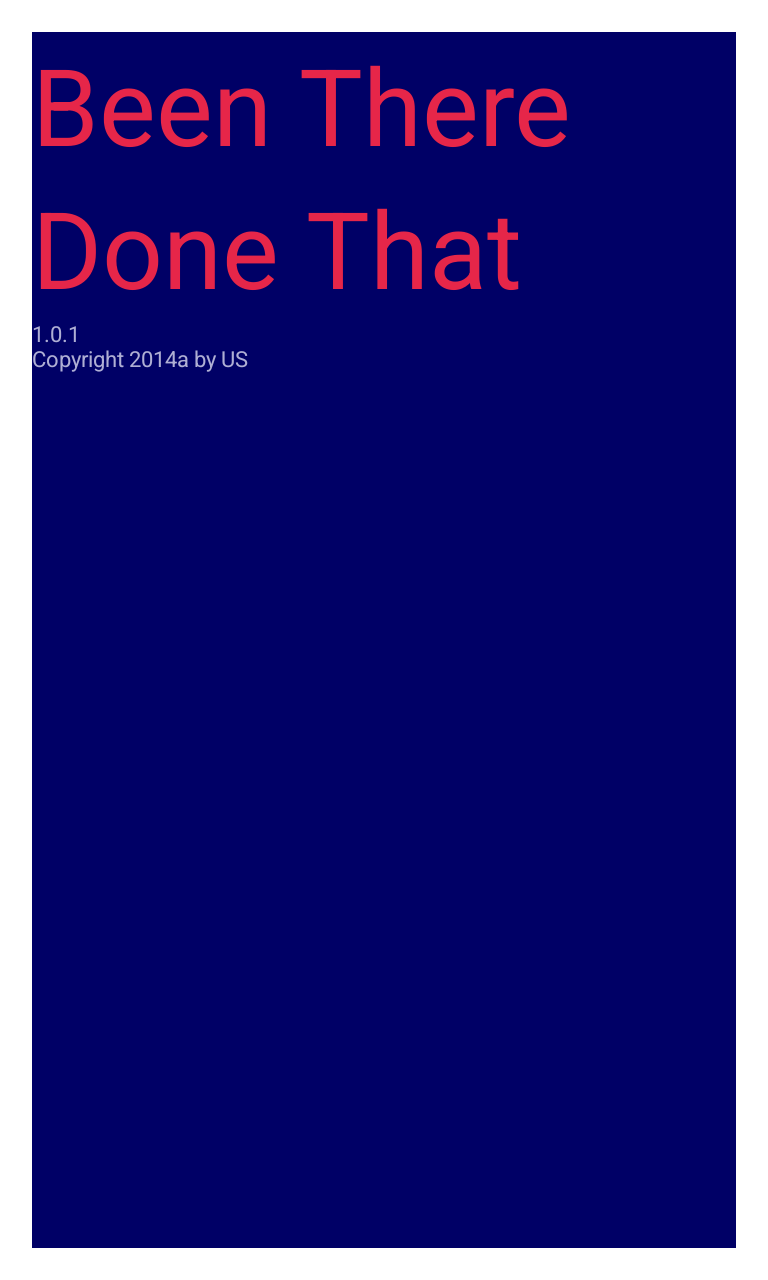
Repository: MapRantala/AndroidExamples
Layout: TriviaQuiz/res/layout/splash.xml
The author's editor kept a copy of each file at every save. The layout is drawn from the files as they stood at one save, then again after the next save.
It is drawn on a 768 x 1280 px phone screen (xhdpi) without system bars, with theme AppTheme; the app's code is not run.

Above is the layout before, as saved 2014-02-23 18:48:40.

### TriviaQuiz/res/layout/splash.xml
<RelativeLayout xmlns:android="http://schemas.android.com/apk/res/android"
    xmlns:tools="http://schemas.android.com/tools"
    android:layout_width="wrap_content"
    android:layout_height="wrap_content"
    android:paddingBottom="@dimen/activity_vertical_margin"
    android:paddingLeft="@dimen/activity_horizontal_margin"
    android:paddingRight="@dimen/activity_horizontal_margin"
    android:paddingTop="@dimen/activity_vertical_margin"
    tools:context=".QuizSplashActivity" >

    <LinearLayout
        android:id="@+id/splash_primarylayout"
        android:layout_width="match_parent"
        android:layout_height="match_parent"
        android:layout_alignParentLeft="true"
        android:layout_alignParentTop="true"
        android:background="@color/versionbackgroundcolor"
        android:orientation="vertical" >

        <TextView
            android:id="@+id/TextViewTopTitle"
            android:layout_width="match_parent"
            android:layout_height="wrap_content"
            android:text="@string/splash_top"
            android:textColor="@color/titlecolor"
            android:textSize="@dimen/splash_fontsize_title" />


        <TextView
            android:id="@+id/TextViewBottomTitle"
            android:layout_width="match_parent"
            android:layout_height="wrap_content"
            android:text="@string/splash_bottom"
            android:textColor="@color/titlecolor"
            android:textSize="@dimen/splash_fontsize_title"/>

        <TextView
            android:id="@+id/TextViewBottomVersion"
            android:layout_width="match_parent"
            android:layout_height="match_parent"
            android:background="@color/versionbackgroundcolor"
            android:text="@string/splash_version"
            android:textColor="@color/versiontextcolor"
            android:textSize="@dimen/splash_fontsize_body" />

    </LinearLayout>

</RelativeLayout>

### TriviaQuiz/res/values/dimens.xml
<resources>

    <!-- Default screen margins, per the Android Design guidelines. -->
    <dimen name="activity_horizontal_margin">16dp</dimen>
    <dimen name="activity_vertical_margin">16dp</dimen>
	<dimen name="splash_fontsize_title">24pt</dimen>
	<dimen name="splash_fontsize_body">5pt</dimen>
	<dimen name="splash_spacing">3pt</dimen>
</resources>

### TriviaQuiz/res/values/colors.xml
<?xml version="1.0" encoding="utf-8"?>
<resources>
    <color name="titlecolor">#E62649</color>
    <color name="versiontextcolor">#afafd4</color>
    <color name="versionbackgroundcolor">#000066</color>
</resources>

### TriviaQuiz/res/values/strings.xml
<?xml version="1.0" encoding="utf-8"?>
<resources>

    <string name="app_name">Been There, Done That!</string>
    <string name="help">Help Screen</string>
    <string name="menu">Main Menu Screen</string>
    <string name="splash_top">Been There</string>
    <string name="splash_bottom">Done That</string>
    <string name="splash_version">1.0.1\nCopyright 2014a by US</string>
    <string name="settings">Settings Screen</string>
    <string name="game">Game Screen</string>
    <string name="scores">Score Screen</string>
</resources>

Loaded but not shown: TriviaQuiz/res/values/styles.xml (common file); TriviaQuiz/res/values-v11/styles.xml (common file); TriviaQuiz/res/values-v14/styles.xml (common file)

After the next save:
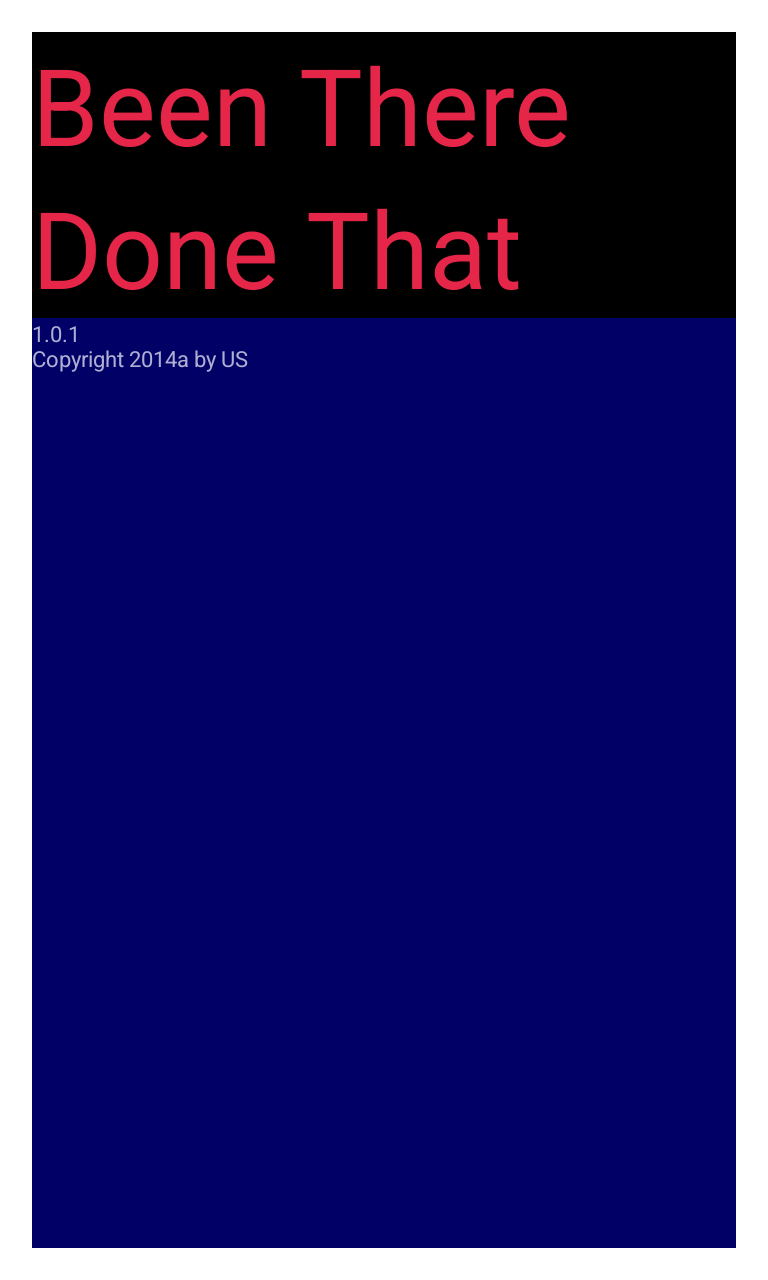
Saved 2 min 8 s later.
--- a/TriviaQuiz/res/layout/splash.xml
+++ b/TriviaQuiz/res/layout/splash.xml
@@ -14,7 +14,7 @@
         android:layout_height="match_parent"
         android:layout_alignParentLeft="true"
         android:layout_alignParentTop="true"
-        android:background="@color/versionbackgroundcolor"
+        android:background="@android:color/black"
         android:orientation="vertical" >
 
         <TextView
